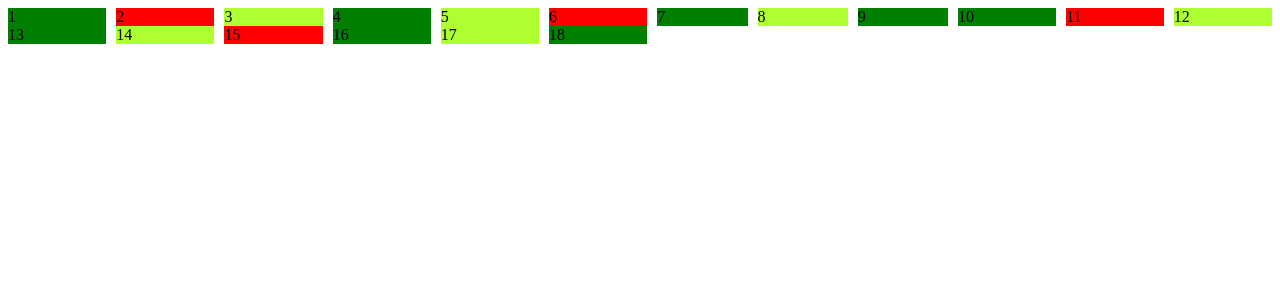
Repository: motiejus1/09-paskaita-05.31
Page: index.html
An editor plug-in stored every save of this project. The page is shown before and after the next save, followed by the edit.
The browser window is 1280 px wide. The pictures show the whole page.

Above is the page before, as saved 2021-06-15 18:52:16.

After the next save:
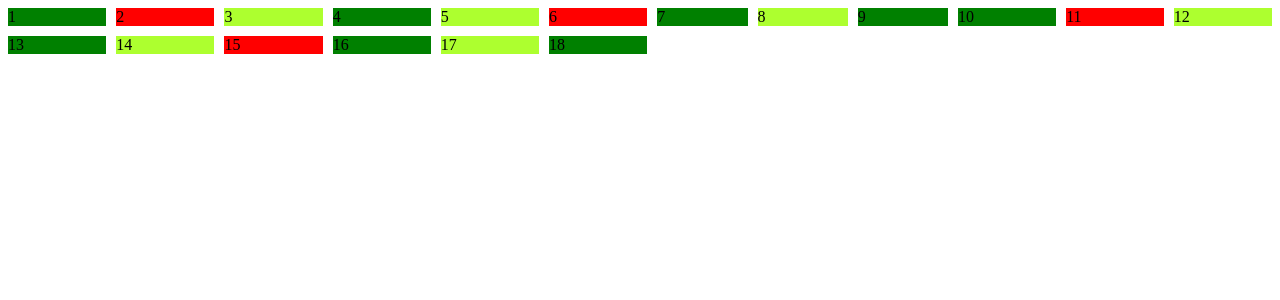
Saved 4 s later.
--- a/index.html
+++ b/index.html
@@ -10,7 +10,7 @@
             display: grid;
             grid-template-columns: auto auto auto auto auto auto auto auto auto auto auto auto;
             grid-column-gap: 10px ;
-            grid-column-gap: 10px ;
+            grid-row-gap: 10px ;
         }
 
         .zalia {
